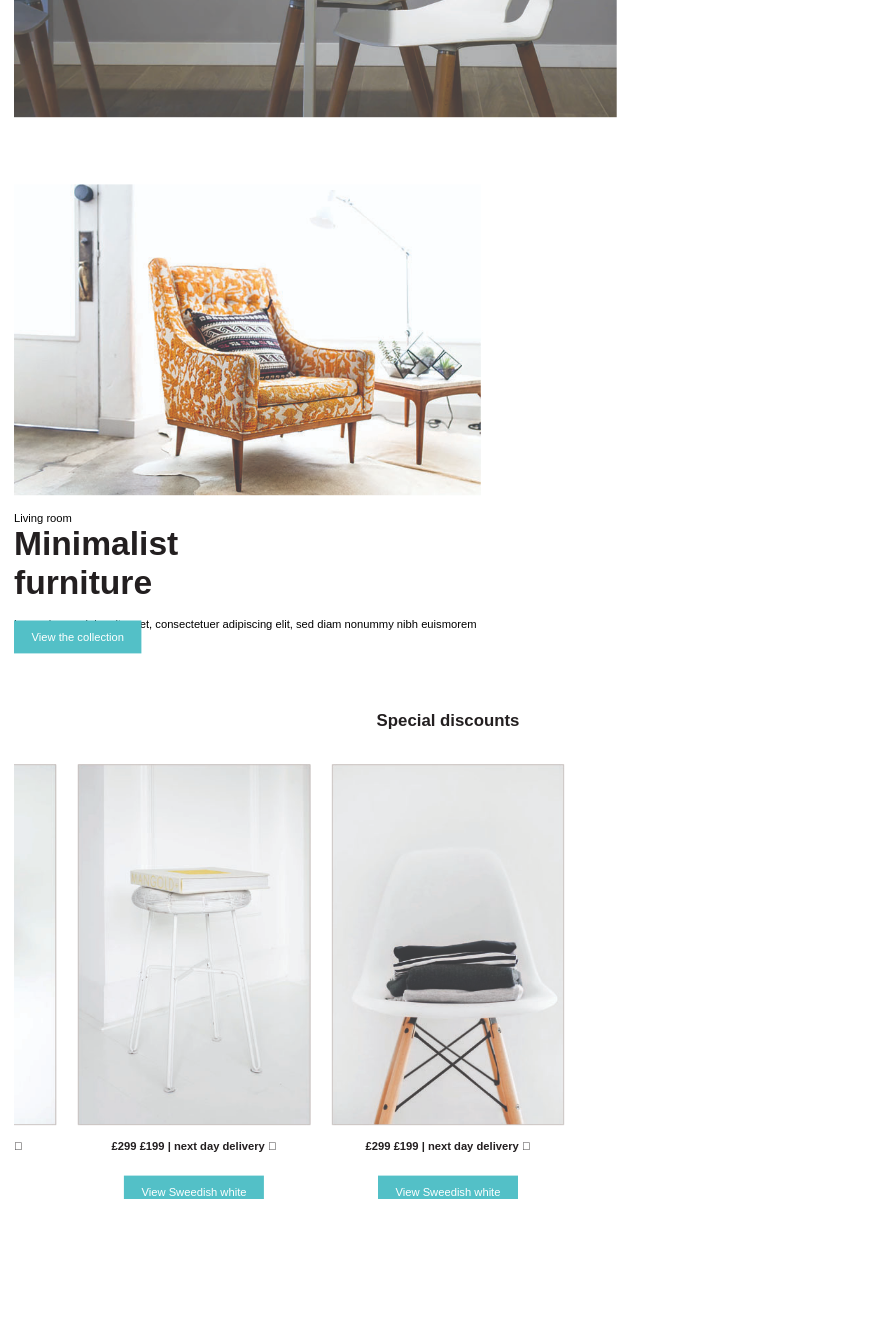
Repository: dinhhaidh/republic-web
Page: index.html
These files come from the project's save history. The page is drawn as it stood at one moment and after a run of saves; the edit follows.
The browser window is 1280 px wide. The pictures show the part of the page from y = 1019 to 2939 px (the page is 2939 px tall before and 2915 px after), at 70% of full size.
Some web fonts or font styles are not loaded; a fallback is used. Some web libraries are served in a nearby version.

Above is the page before, as saved 2024-01-24 18:56:04.

After the next 2 saves:
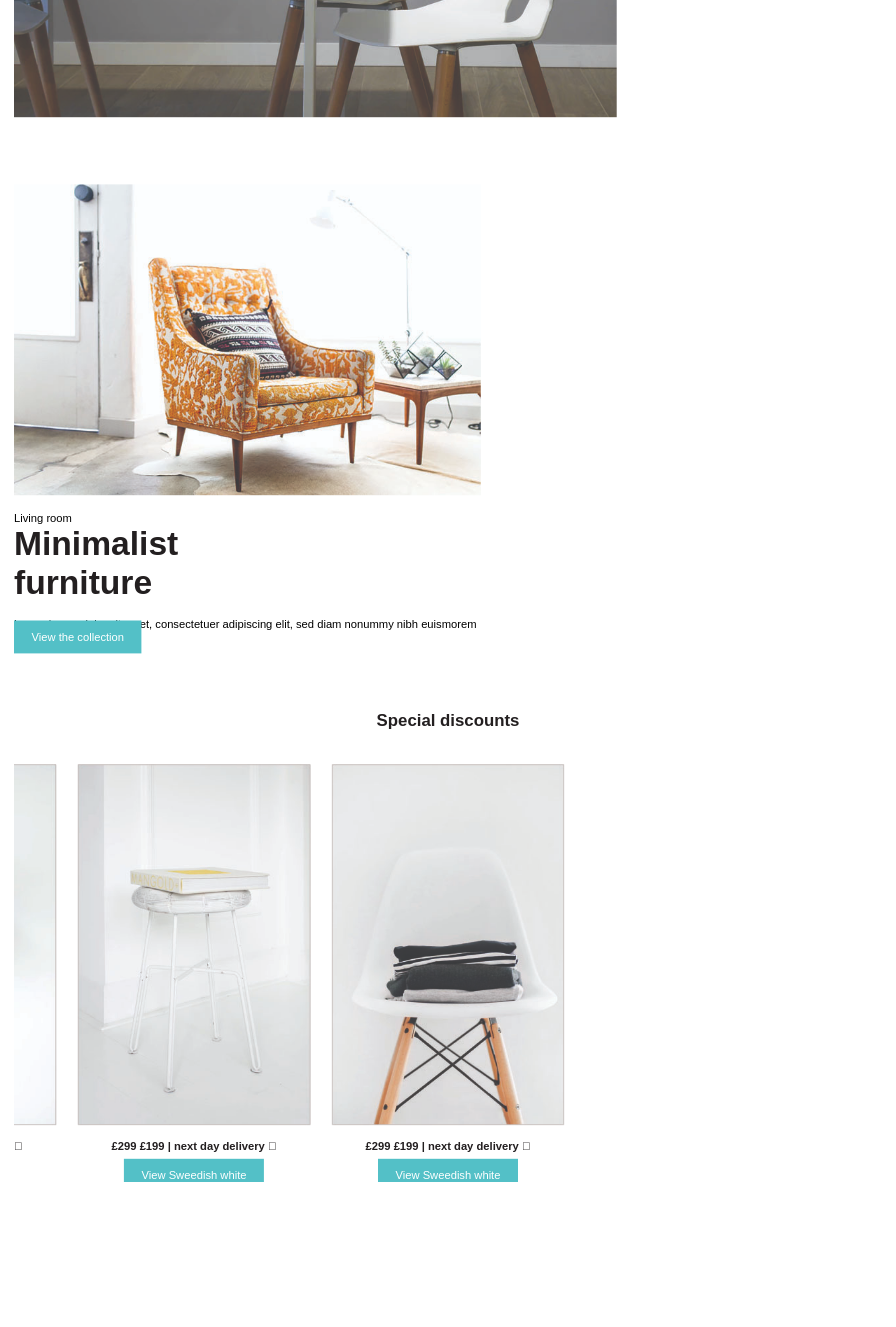
The 2 saves are shown as one change because they came seconds apart.
The last was saved 35 s later.
--- a/style.css
+++ b/style.css
@@ -333,7 +333,7 @@ img {
 
 .lounge h4{
   margin-top: 1.3rem;
-  margin-bottom: var(--bigger-font-size);
+  margin-bottom: var(--h2-font-size);
 }
 .button__link{
 
